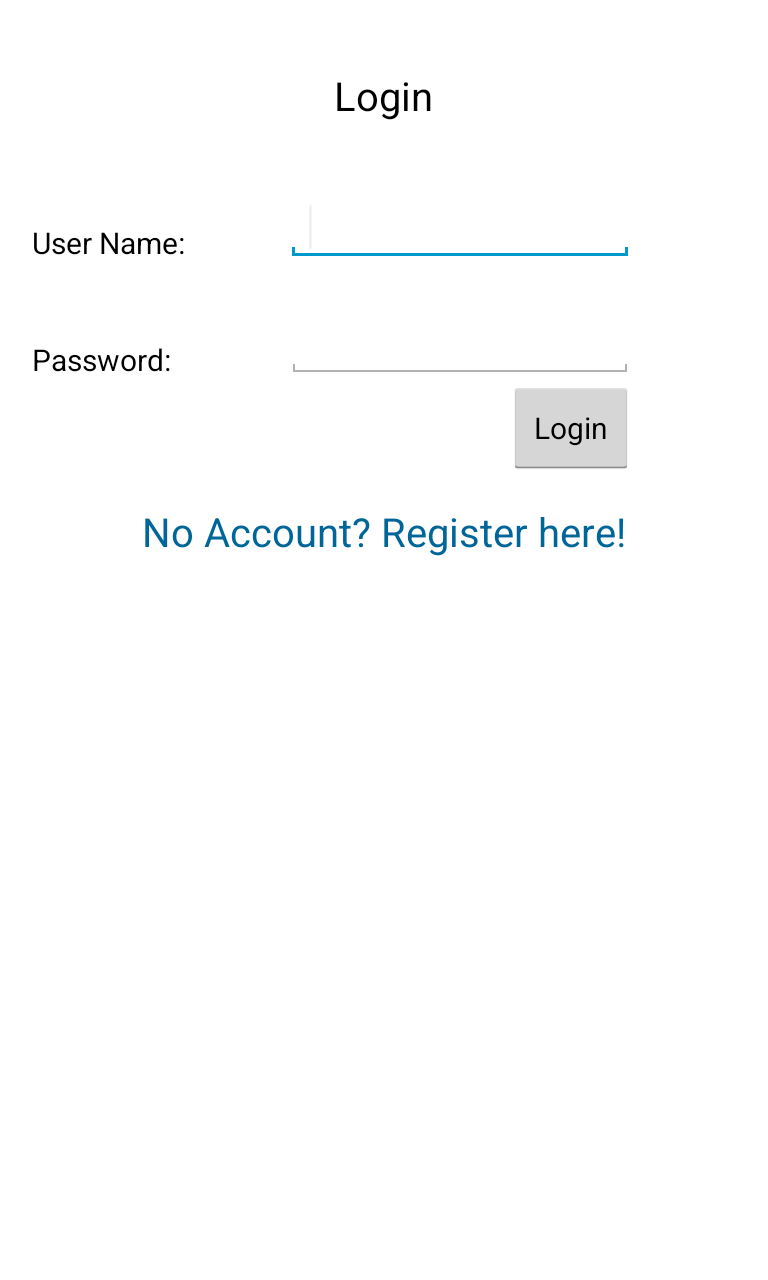
Repository: chrisberry/WebAPIWithAndroidUI
Layout: PeopleAPIAndroid/PeopleAPI/res/layout/login_main.xml
An editor plug-in stored every save of this project. The layout is shown before and after the next save, followed by the edit.
It is drawn on a 768 x 1280 px phone screen (xhdpi) without system bars, with theme AppTheme; the app's code is not run.

Above is the layout before, as saved 2014-02-14 19:55:44.

After the next save:
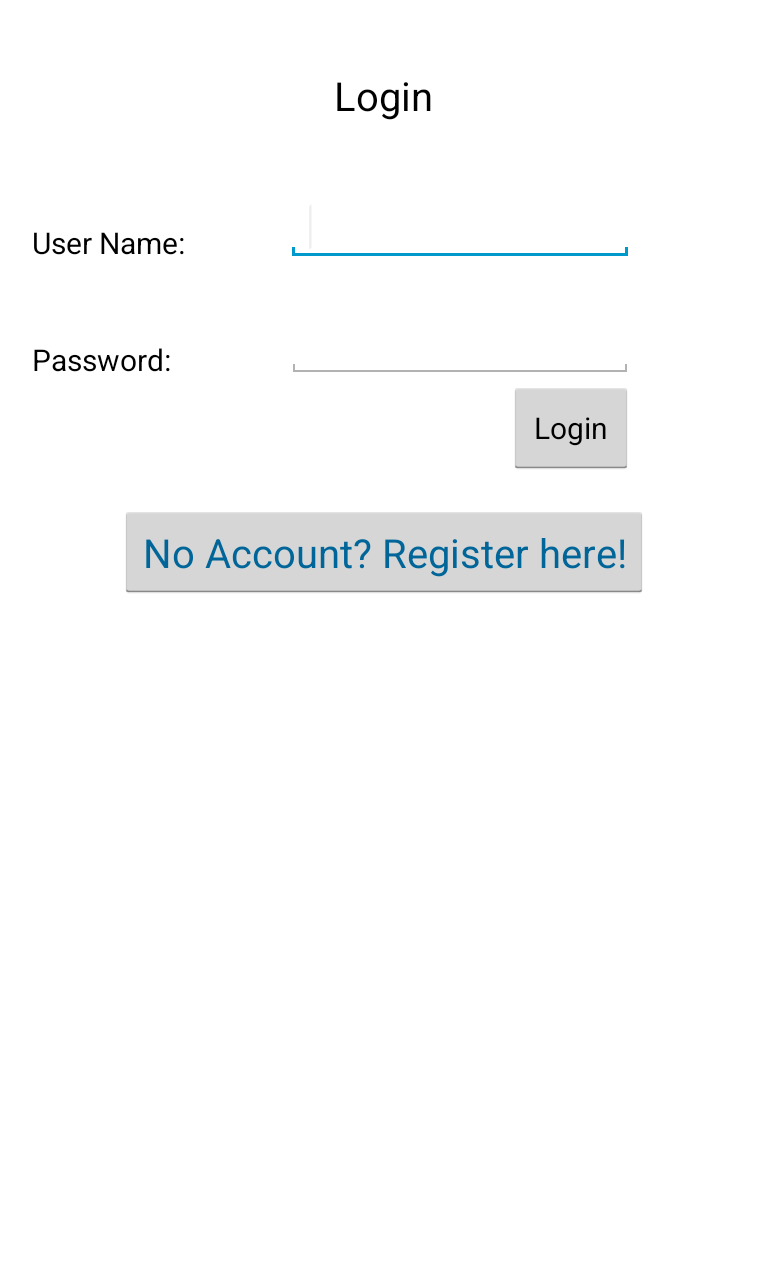
Saved 36 s later.
--- a/PeopleAPIAndroid/PeopleAPI/res/layout/login_main.xml
+++ b/PeopleAPIAndroid/PeopleAPI/res/layout/login_main.xml
@@ -69,7 +69,7 @@
         android:onClick="loginUser"
         android:text="@string/login" />
 
-    <TextView
+    <Button
         style="@style/CodeFont"
         android:layout_width="wrap_content"
         android:layout_height="wrap_content"
